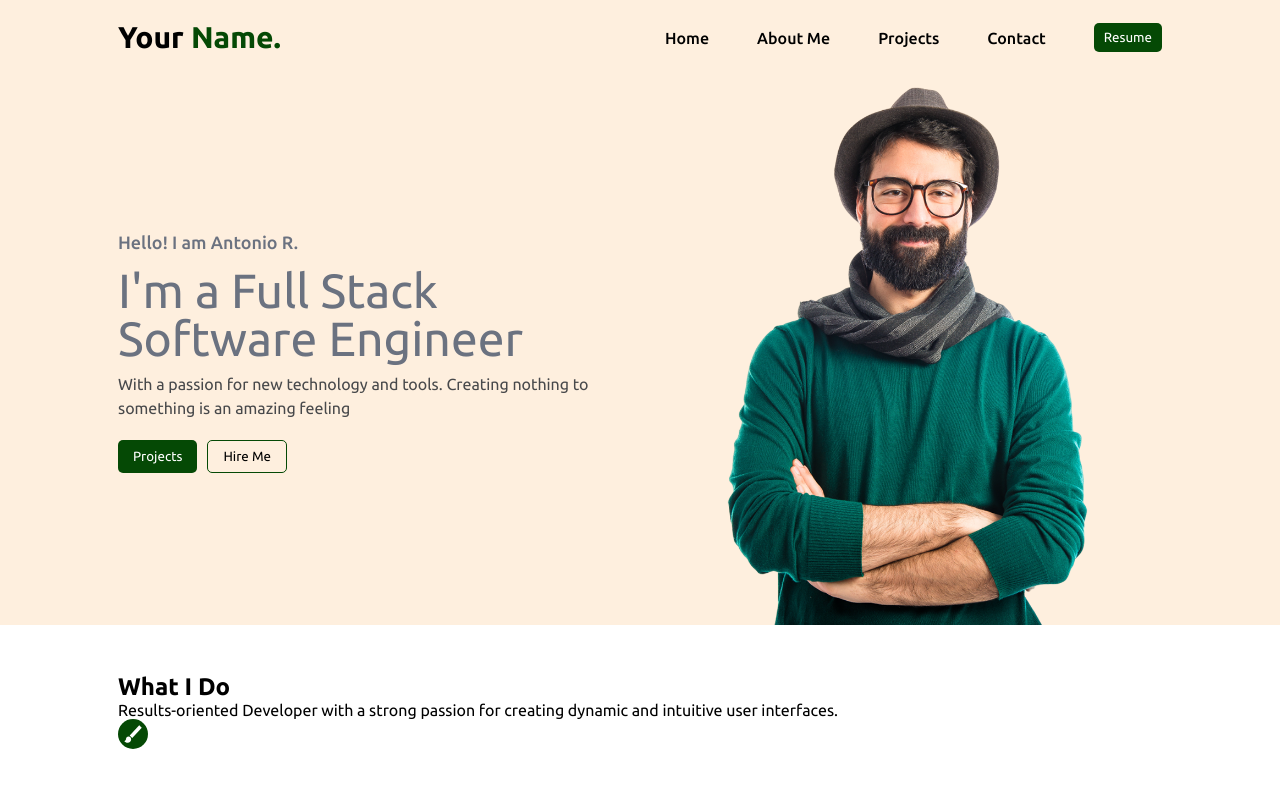
Repository: DevAntonioRogers/vanilla-portfolio
Page: index.html
These files come from the project's save history. The page is drawn as it stood at one moment and after the next save; the edit follows.
The browser window is 1280 px wide. The pictures show the whole page.

Above is the page before, as saved 2023-07-14 22:44:37.

After the next save:
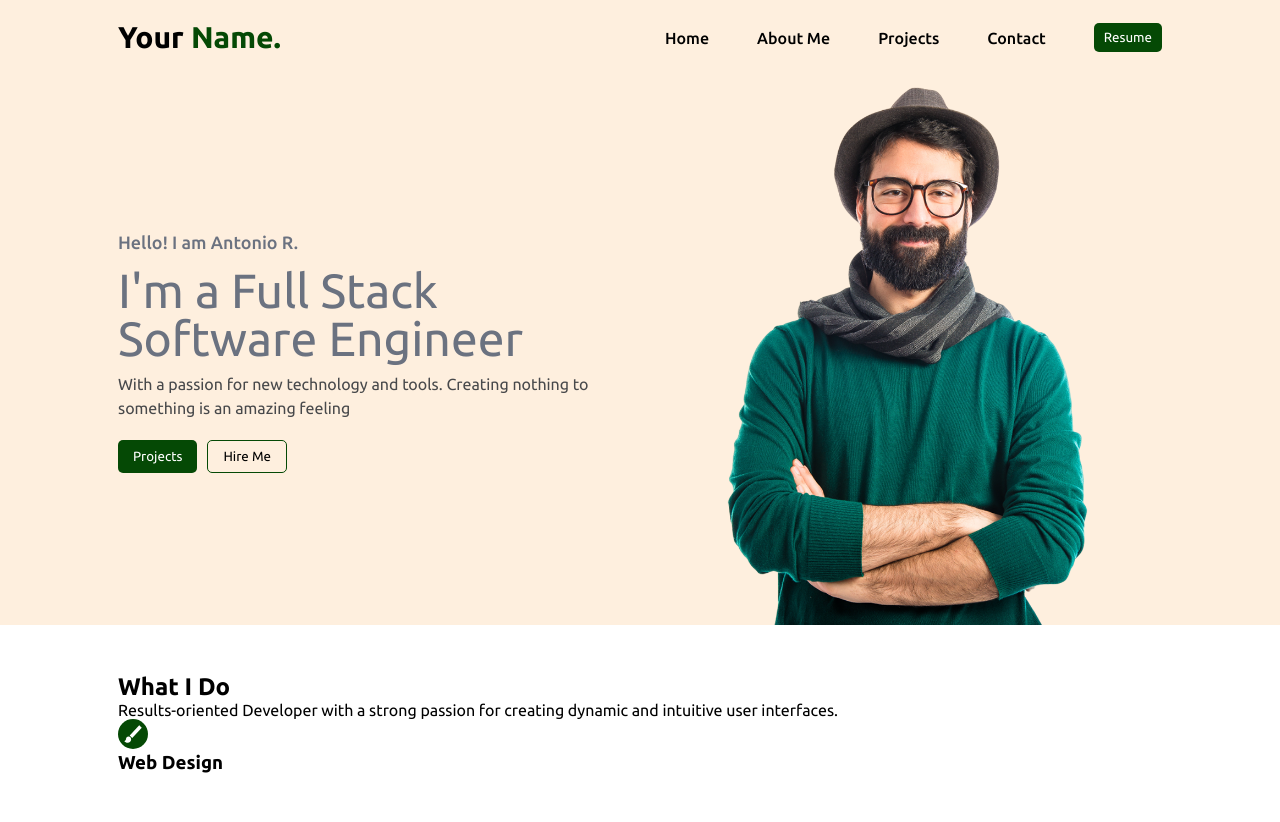
Saved 73 s later.
--- a/index.html
+++ b/index.html
@@ -68,6 +68,7 @@
         <div>
           <div>
             <ion-icon name="brush-sharp"></ion-icon>
+            <h3>Web Design</h3>
           </div>
         </div>
       </div>
